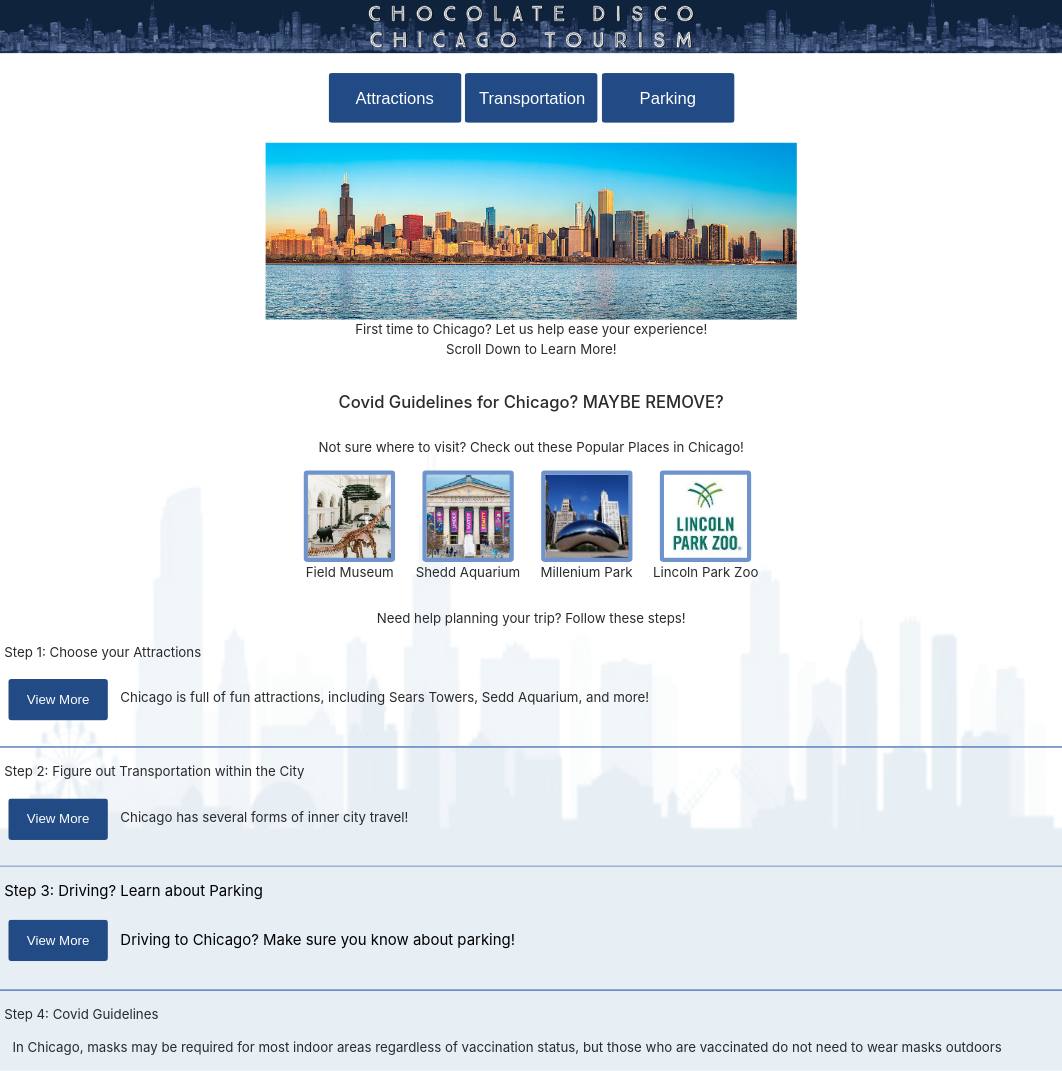
Repository: rkodit2/cs422project
Page: homepage.html
An editor plug-in stored every save of this project. The page is shown before and after the next save, followed by the edit.
The browser window is 1280 px wide. The pictures show the whole page, at 83% of full size.

Above is the page before, as saved 2021-11-23 19:34:47.

After the next save:
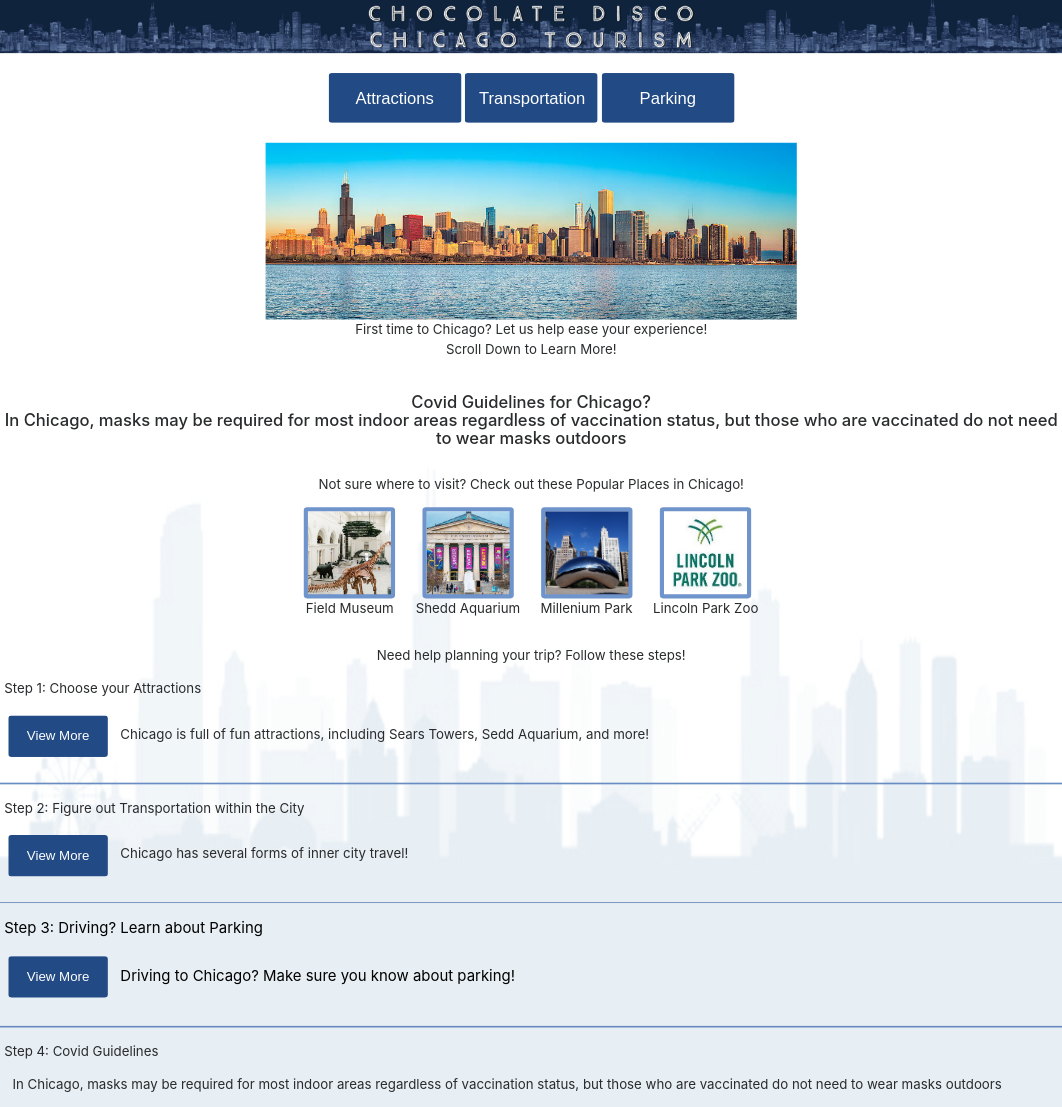
Saved 2 days later.
--- a/homepage.html
+++ b/homepage.html
@@ -32,7 +32,7 @@
     <img src="pictures/skyline.jpg" alt="mainpage skyline" class = "center">
     <p style="text-align: center;"> First time to Chicago? Let us help ease your experience! <br> Scroll Down to Learn More!</p>
     <br>
-    <h5 style = "text-align: center;">Covid Guidelines for Chicago? MAYBE REMOVE?</h5>
+    <h5 style = "text-align: center;">Covid Guidelines for Chicago? <br> In Chicago, masks may be required for most indoor areas regardless of vaccination status, but those who are vaccinated do not need to wear masks outdoors </h5>
     <br>
     <p style="text-align: center;">Not sure where to visit? Check out these Popular Places in Chicago! </p>
 
